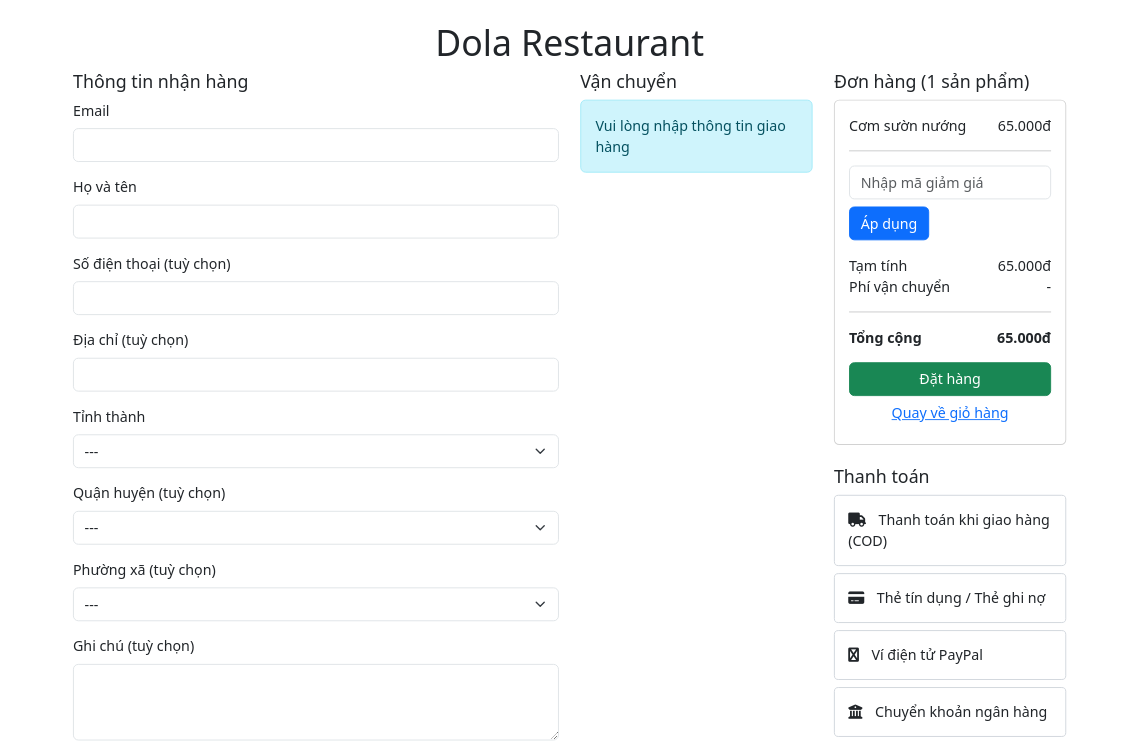
Repository: HoangKhangKhuPho4/Project_Web
Page: payment.html
The author's editor kept a copy of each file at every save. The page is drawn from the files as they stood at one save, then again after the next save.
The browser window is 1280 px wide. The pictures show the whole page, at 89% of full size.

Above is the page before, as saved 2025-01-02 23:17:53.

After the next save:
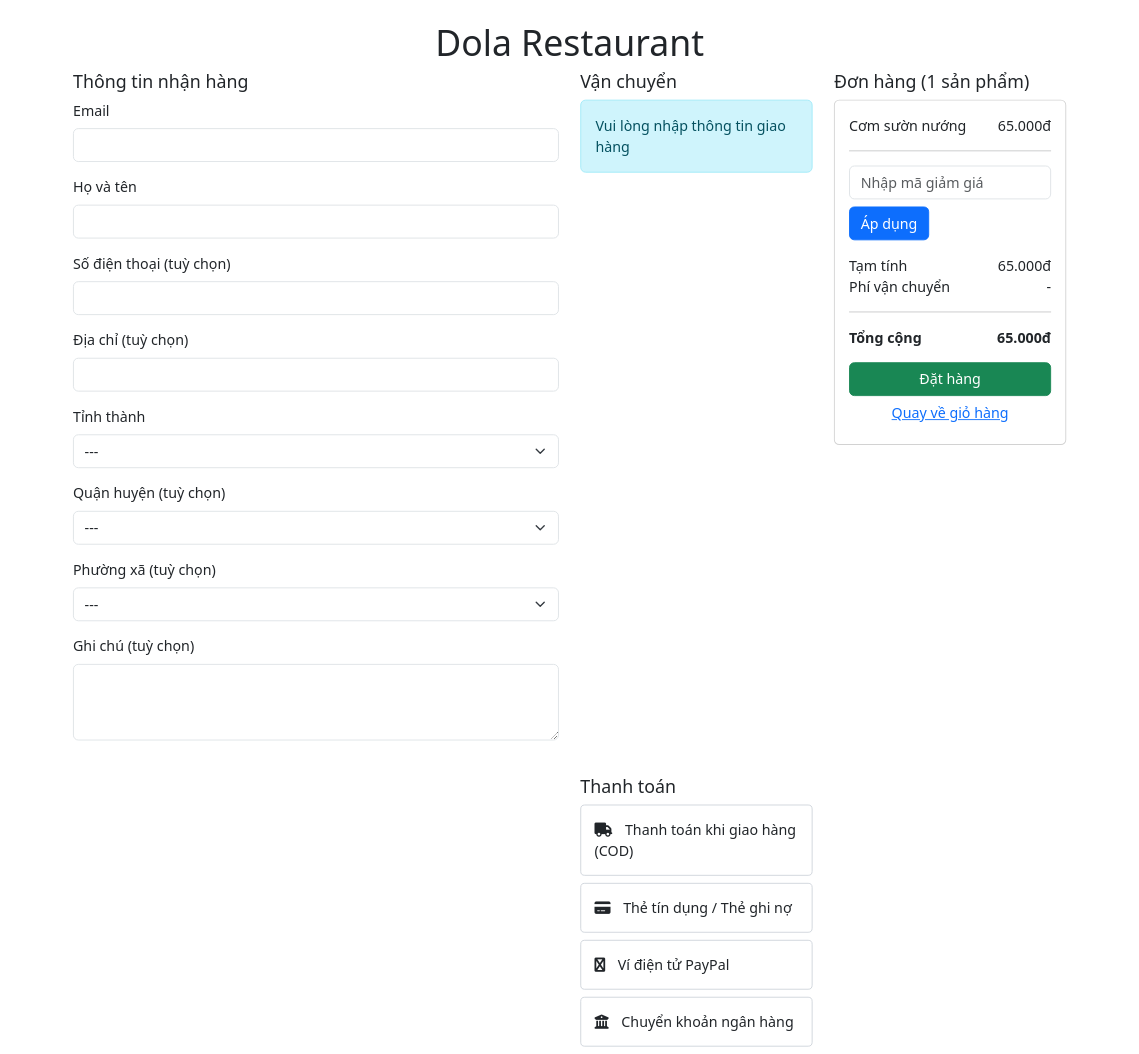
Saved 3 min 9 s later.
--- a/payment.html
+++ b/payment.html
@@ -37,6 +37,7 @@
 <body>
     <div class="container mt-4">
         <h1 class="text-center">Dola Restaurant</h1>
+        <!-- Hàng đầu tiên: Form, Vận chuyển, Đơn hàng -->
         <div class="row">
             <!-- Form Section -->
             <div class="col-lg-6">
@@ -128,34 +129,36 @@
                         <a href="#" class="btn btn-link w-100">Quay về giỏ hàng</a>
                     </div>
                 </div>
+            </div>
+        </div>
 
-                <!-- Payment Section -->
-                <div class="mt-4">
-                    <h5>Thanh toán</h5>
-                    <div class="payment-method form-check mb-2">
-                        <input class="form-check-input" type="radio" name="paymentMethod" id="cod" value="cod" checked>
-                        <label class="form-check-label" for="cod">
-                            <i class="fa fa-truck"></i> Thanh toán khi giao hàng (COD)
-                        </label>
-                    </div>
-                    <div class="payment-method form-check mb-2">
-                        <input class="form-check-input" type="radio" name="paymentMethod" id="credit-card" value="credit-card">
-                        <label class="form-check-label" for="credit-card">
-                            <i class="fa fa-credit-card"></i> Thẻ tín dụng / Thẻ ghi nợ
-                        </label>
-                    </div>
-                    <div class="payment-method form-check mb-2">
-                        <input class="form-check-input" type="radio" name="paymentMethod" id="paypal" value="paypal">
-                        <label class="form-check-label" for="paypal">
-                            <i class="fa fa-paypal"></i> Ví điện tử PayPal
-                        </label>
-                    </div>
-                    <div class="payment-method form-check mb-2">
-                        <input class="form-check-input" type="radio" name="paymentMethod" id="bank-transfer" value="bank-transfer">
-                        <label class="form-check-label" for="bank-transfer">
-                            <i class="fa fa-university"></i> Chuyển khoản ngân hàng
-                        </label>
-                    </div>
+        <!-- Hàng thứ hai: Thanh toán nằm dưới Vận chuyển -->
+        <div class="row mt-4">
+            <div class="col-lg-3 offset-lg-6">
+                <h5>Thanh toán</h5>
+                <div class="payment-method form-check mb-2">
+                    <input class="form-check-input" type="radio" name="paymentMethod" id="cod" value="cod" checked>
+                    <label class="form-check-label" for="cod">
+                        <i class="fa fa-truck"></i> Thanh toán khi giao hàng (COD)
+                    </label>
+                </div>
+                <div class="payment-method form-check mb-2">
+                    <input class="form-check-input" type="radio" name="paymentMethod" id="credit-card" value="credit-card">
+                    <label class="form-check-label" for="credit-card">
+                        <i class="fa fa-credit-card"></i> Thẻ tín dụng / Thẻ ghi nợ
+                    </label>
+                </div>
+                <div class="payment-method form-check mb-2">
+                    <input class="form-check-input" type="radio" name="paymentMethod" id="paypal" value="paypal">
+                    <label class="form-check-label" for="paypal">
+                        <i class="fa fa-paypal"></i> Ví điện tử PayPal
+                    </label>
+                </div>
+                <div class="payment-method form-check mb-2">
+                    <input class="form-check-input" type="radio" name="paymentMethod" id="bank-transfer" value="bank-transfer">
+                    <label class="form-check-label" for="bank-transfer">
+                        <i class="fa fa-university"></i> Chuyển khoản ngân hàng
+                    </label>
                 </div>
             </div>
         </div>
